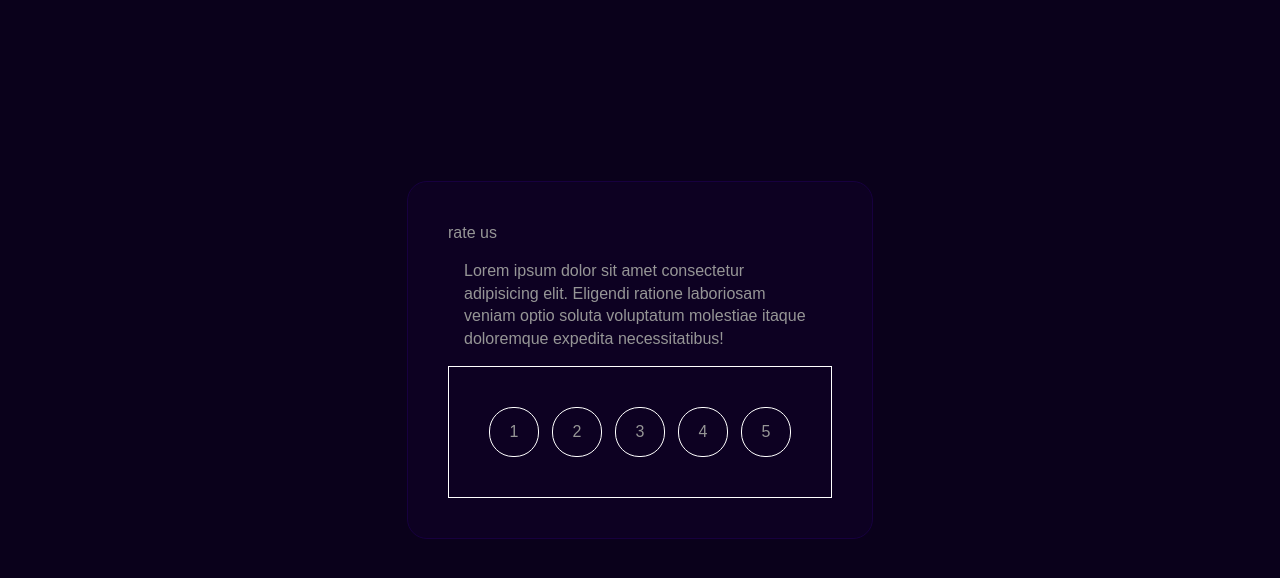
Repository: russel-success/xcodepp-TASK-2
Page: index.html
The author's editor kept a copy of each file at every save. The page is drawn from the files as they stood at one save, then again after a run of saves.
The browser window is 1280 px wide. The pictures show the whole page.

Above is the page before, as saved 2024-05-24 23:01:55.

After the next 2 saves:
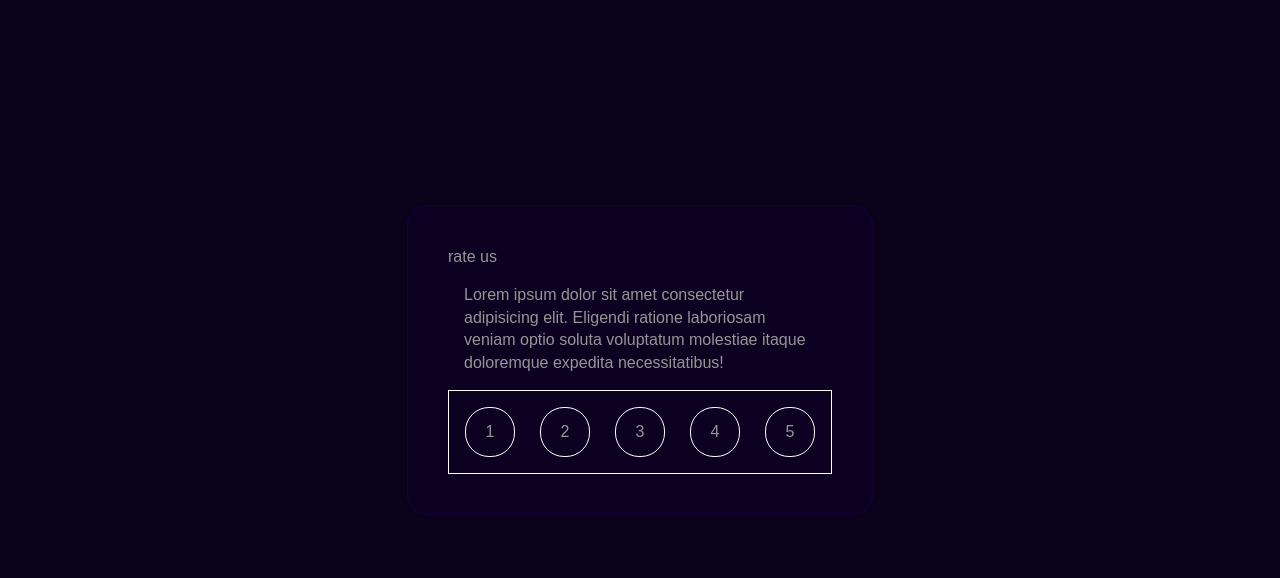
The 2 saves are shown as one change because they came seconds apart.
The last was saved 13 s later.
--- a/styles/styles.css
+++ b/styles/styles.css
@@ -39,7 +39,7 @@
     align-items: center;
     width:auto;
     border:1px solid white;
-    padding:40px;
+    padding:16px;
 }
 .rating{
     border:1px solid white;
